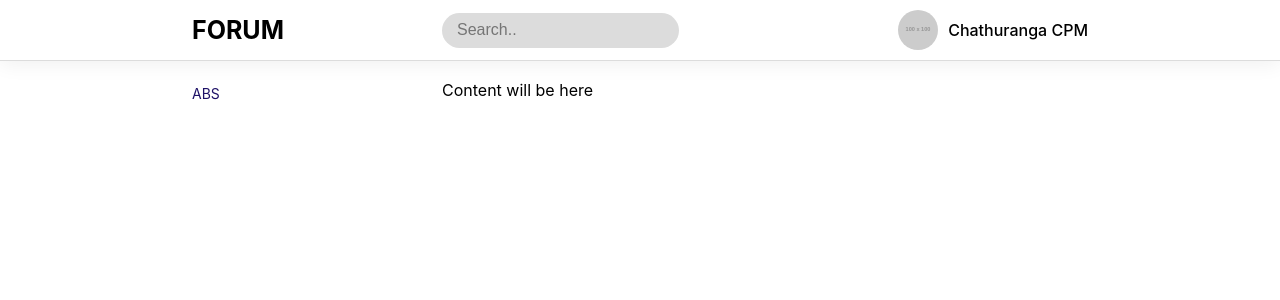
Repository: ChathurangaCPM/developer-forum
Page: / (app in client/)
These files come from the project's save history. The page is drawn as it stood at one moment and after the next save; the edit follows.
The browser window is 1280 px wide. The pictures show the whole page.
The project was rebuilt for these pictures with package versions that can differ from the ones it lists, and the page was loaded fresh each time.

Above is the page before, as saved 2022-05-09 21:08:16.

### client/public/index.html
<!DOCTYPE html>
<html lang="en">
  <head>
    <meta charset="utf-8" />
    <link rel="icon" href="%PUBLIC_URL%/favicon.ico" />
    <meta name="viewport" content="width=device-width, initial-scale=1" />
    <meta name="theme-color" content="#000000" />
    <meta
      name="description"
      content="Web site created using create-react-app"
    />
    <link rel="apple-touch-icon" href="%PUBLIC_URL%/logo192.png" />
    <link rel="manifest" href="%PUBLIC_URL%/manifest.json" />

    <title>React App</title>
  </head>
  <body>
    <noscript>You need to enable JavaScript to run this app.</noscript>
    <div id="root"></div>

  </body>
</html>

### client/src/App.js
import MainHeader from "./components/MainHeader/MainHeader";
import SideBar from "./components/SideBar/SideBar";
import './App.min.css';

function App() {
	return (
		<div className="main_wrapper">
			<MainHeader/>
			<div className="wrap_inner_data">
				<div className="side_bar">
					<SideBar/>
				</div>
				<div className="main_content_area">
					Content will be here
				</div>
			</div>
		</div>
	);
}

export default App;

### client/src/components/MainHeader/MainHeader.js
import React from 'react';
import { Link } from 'react-router-dom';
import '../../scss/componets/MainHeader/MainHeader.min.css';

function MainHeader() {
	return (
		<div className="main_header">
			<div className="wrap_middle">

				<div className="main_logo">
					<span>FORUM</span>
				</div>


				<div className="search_form">
					<form method="">
						<input type="search" placeholder="Search.."/>
					</form>
				</div>

				<div className="user_pro">
					<img src="//dummyimage.com/100x100/000/fff"/>
					<span>Chathuranga CPM</span>
				</div>
			</div>
		</div>
	);
}

export default MainHeader;

### client/src/components/SideBar/SideBar.js
import '../../scss/componets/SideBar/SideBar.min.css';

function SideBar() {
	return (
		<div className="main_sidebar_wrapper">
			<div className="menu_area">
                <ul>
                    <li>ABS</li>
                </ul>
            </div>
		</div>
	);
}

export default SideBar;

### client/src/App.min.css
:root{--primary-color: rgb(30, 17, 103);--secondary-color: #ddd;--border-color: #dcdcdc}.main_wrapper{padding-top:80px}.main_wrapper .wrap_inner_data{display:-webkit-box;display:-ms-flexbox;display:flex;-ms-flex-wrap:wrap;flex-wrap:wrap;max-width:70%;margin:0 auto}.main_wrapper .wrap_inner_data .side_bar{width:250px}.main_wrapper .wrap_inner_data .main_content_area{width:calc(100% - 250px)}img{width:100%}

### client/src/scss/componets/MainHeader/MainHeader.min.css
.main_header{padding:10px 0;border-bottom:1px solid var(--border-color);-webkit-box-shadow:0px 4px 20px 0px rgba(0,0,0,0.06);box-shadow:0px 4px 20px 0px rgba(0,0,0,0.06);position:fixed;top:0;width:100%;z-index:10px;background:#fff}.main_header .wrap_middle{max-width:70%;margin:0 auto;display:-webkit-box;display:-ms-flexbox;display:flex;-webkit-box-align:center;-ms-flex-align:center;align-items:center}.main_header .wrap_middle .main_logo{width:250px}.main_header .wrap_middle .main_logo span{font-size:25px;font-weight:bold;text-transform:uppercase}.main_header .wrap_middle .search_form{width:calc(100% - 500px)}.main_header .wrap_middle .search_form input{border:none;font-size:16px;line-height:16px;height:35px;border-radius:20px;outline:none;background:var(--border-color);padding:0 15px}.main_header .wrap_middle .user_pro{width:250px;display:-webkit-box;display:-ms-flexbox;display:flex;-webkit-box-align:center;-ms-flex-align:center;align-items:center;-webkit-box-pack:end;-ms-flex-pack:end;justify-content:flex-end}.main_header .wrap_middle .user_pro img{width:40px;height:40px;border-radius:100%;overflow:hidden}.main_header .wrap_middle .user_pro span{padding-left:10px;font-weight:500}

### client/src/scss/componets/SideBar/SideBar.min.css
.main_sidebar_wrapper .menu_area span.title{font-weight:600;display:block;margin-bottom:10px}.main_sidebar_wrapper .menu_area ul{padding:0;list-style:none;margin:0}.main_sidebar_wrapper .menu_area ul li{color:var(--primary-color);padding:5px 0;font-size:14px;-webkit-transition:all 0.3s ease-in-out;transition:all 0.3s ease-in-out;border-left-width:0}.main_sidebar_wrapper .menu_area ul li:hover,.main_sidebar_wrapper .menu_area ul li.active{border-left:5px solid var(--primary-color);padding-left:5px;-webkit-transition:all 0.3s ease-in-out;transition:all 0.3s ease-in-out;cursor:pointer}

Loaded but not shown: client/src/index.js (common file); client/src/index.css (common file); client/src/reportWebVitals.js (common file)

After the next save:
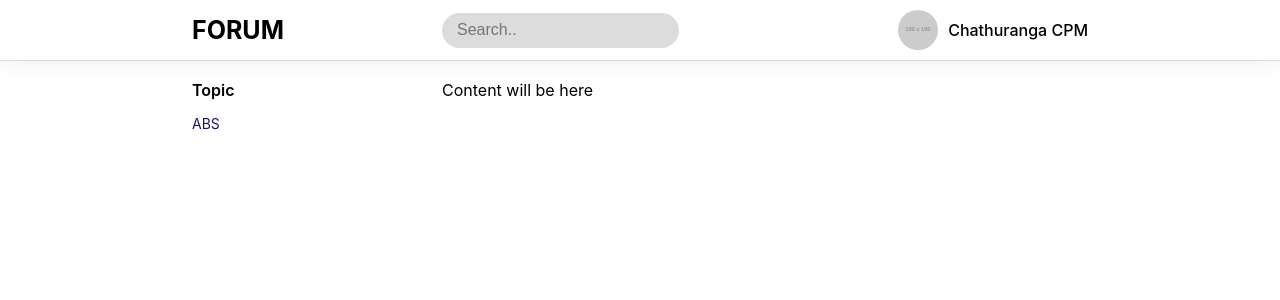
Saved 42 s later.
--- a/client/src/components/SideBar/SideBar.js
+++ b/client/src/components/SideBar/SideBar.js
@@ -4,6 +4,7 @@ function SideBar() {
 	return (
 		<div className="main_sidebar_wrapper">
 			<div className="menu_area">
+				<span className="title">Topic</span>
                 <ul>
                     <li>ABS</li>
                 </ul>
